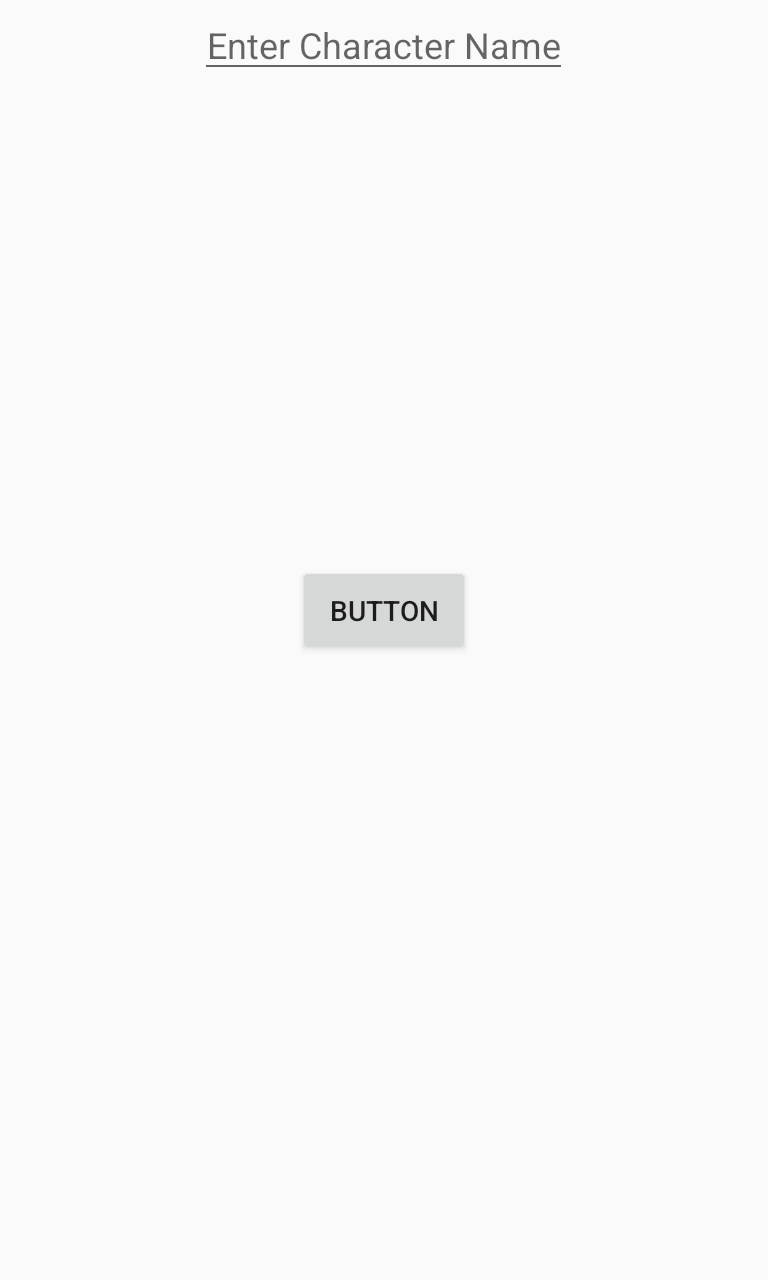
Repository: Vortelf/DnDAndroid
Layout: BuildApp/DnD/res/layout/activity_random_char.xml
The author's editor kept a copy of each file at every save. The layout is drawn from the files as they stood at one save, then again after the next save.
It is drawn on a 768 x 1280 px phone screen (xhdpi) without system bars, with theme AppTheme; the app's code is not run.

Above is the layout before, as saved 2014-11-09 07:00:13.

After the next save:
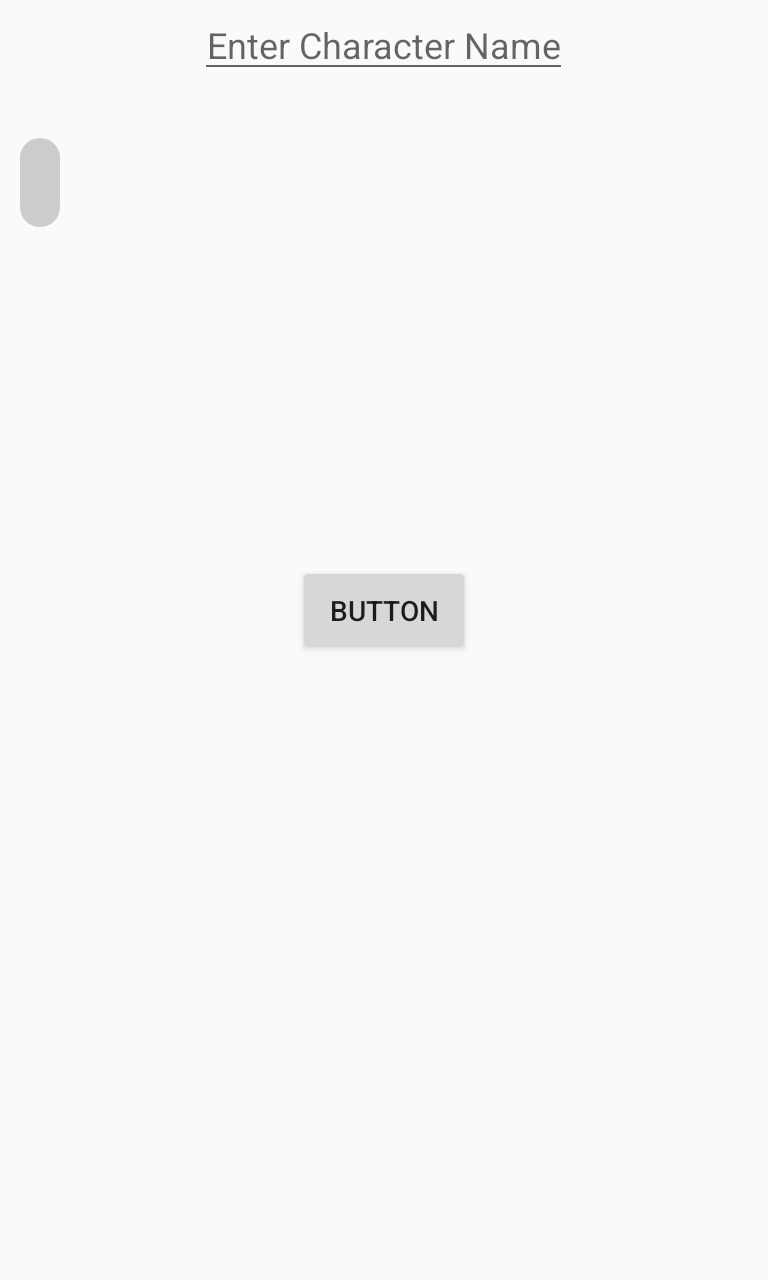
Saved 75 s later.
--- a/BuildApp/DnD/res/layout/activity_random_char.xml
+++ b/BuildApp/DnD/res/layout/activity_random_char.xml
@@ -99,7 +99,7 @@
 		    android:layout_marginRight="10dp"
 		    android:orientation="vertical"
 		    android:background="@drawable/border"
-		    android:visibility="gone">
+		    android:visibility="">
 
 	        <TextView
 	            android:id="@+id/CharSkills"

After the 3 saves that followed:
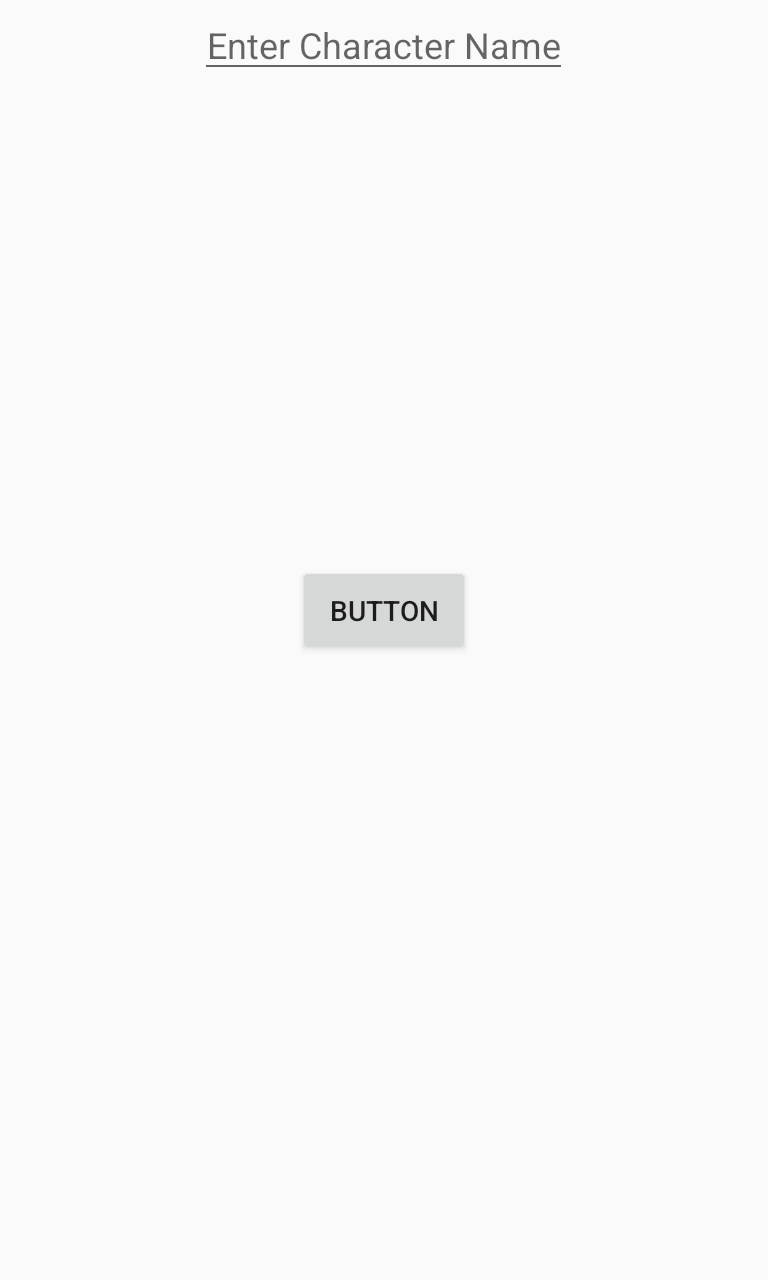
The 3 saves are shown as one change because 2 left the picture as it was.
The last was saved 108 s later.
--- a/BuildApp/DnD/res/layout/activity_random_char.xml
+++ b/BuildApp/DnD/res/layout/activity_random_char.xml
@@ -99,7 +99,7 @@
 		    android:layout_marginRight="10dp"
 		    android:orientation="vertical"
 		    android:background="@drawable/border"
-		    android:visibility="">
+		    android:visibility="invisible">
 
 	        <TextView
 	            android:id="@+id/CharSkills"
